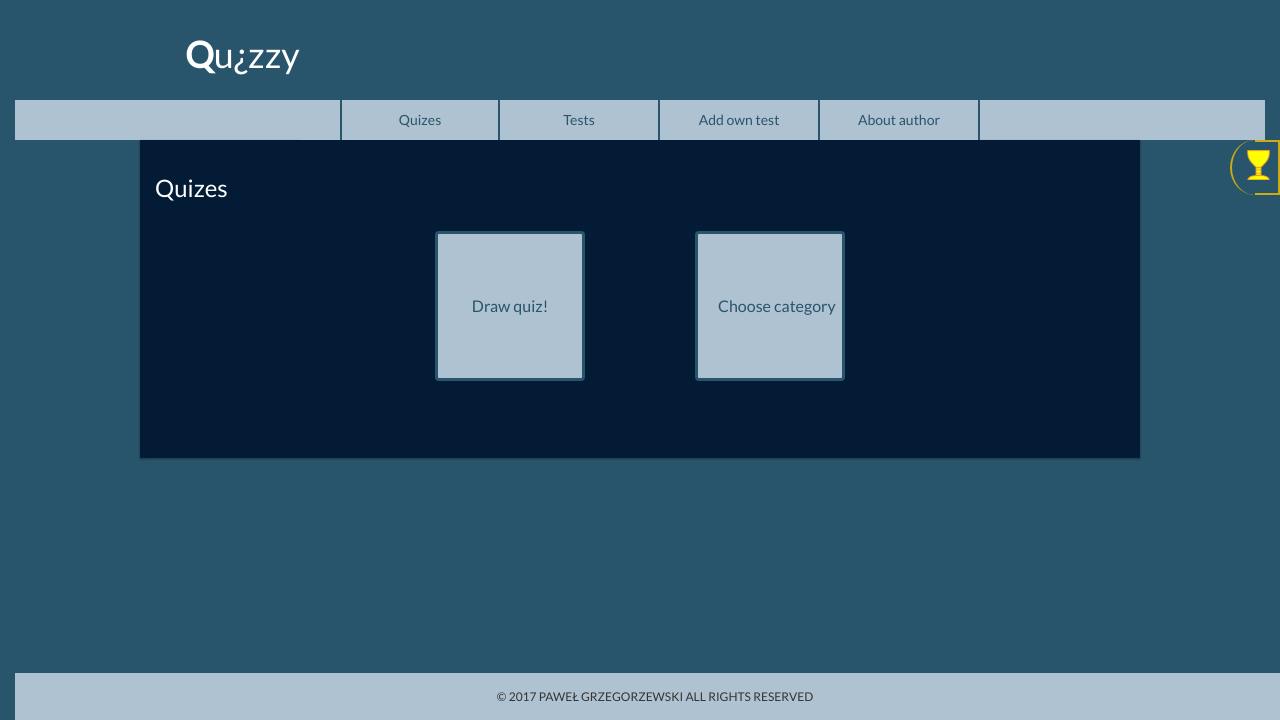
Repository: pgrzegorzewski/quiz
Page: http://localhost/app/quiz.php
An editor plug-in stored every save of this project. The page is shown before and after the next save, followed by the edit.
The browser window is 1280 px wide. The pictures show the whole page.
Some web libraries are served in a nearby version. The page is run by PHP 8.4 with error messages shown; the project is at /var/www/html/.

Above is the page before, as saved 2017-04-22 14:12:14.

### htdocs/app/learningapp/app/quiz.php
<!DOCTYPE html>
<html>
<head>
	<meta name="viewport" content="width=device-width, initial-scale=1.0">
	<meta http-equiv="content-type" content="text/html; charset=utf-8">
	<meta charset="utf-8">
	<link rel="stylesheet" href="https://maxcdn.bootstrapcdn.com/bootstrap/3.3.7/css/bootstrap.min.css">
	<script src="https://ajax.googleapis.com/ajax/libs/jquery/3.1.1/jquery.min.js"></script>
	<script src="https://maxcdn.bootstrapcdn.com/bootstrap/3.3.7/js/bootstrap.min.js"></script>
	<link href="https://fonts.googleapis.com/css?family=Lato" rel="stylesheet">
	<link rel="StyleSheet" href="../css/index.css" />
	<link rel="StyleSheet" href="../css/question.css" />
	<link rel="StyleSheet" href="../css/quiz.css" />
	<link rel="StyleSheet" href="../css/side_menu_leaderboard.css" />
	<script type="text/javascript" src="../js/question.js"></script>
	<script type="text/javascript" src="../js/entertaining_test.js"></script>
	<script type="text/javascript" src="../js/side_menu_leaderboard.js"></script>
</head>

<body>

<div class="container-fluid">

	<div class= "sidemenu_2">

	</div>
	<div class= "sidemenu">
		<p style="cursor:pointer"><img src = "../resources/img/trophy.png" height = "50px" onmouseover="openLeaderboard()"/></p> <!-- &#9776; -->
	</div>
	<div id = 'leaderboard' class = 'leaderboard' onmouseleave = "closeLeaderboard()" >
		<a href = "javascript:void(0)" class = "closebtn" onclick = "closeLeaderboard()">&times;</a>
		test 1000pts;
	</div>


	<header class ="header">
		<h1 id="title"><a href ="index.php"><b>Q</b>u¿zzy</a></h1>
	</header>

	<div class="nav">
		<ol>
			<li>
				<a href ='#' id = "visited">Quizes</a>
			</li>
			<li>
				<a href ='#'>Tests</a>
				<ul>
					<li><a href="#">Personality</a></li>
					<li><a href="#">Cultural</a></li>
					<li><a href="#">Science</a></li>
					<li><a href="entertaining_test.php">Entertaining</a></li>
				</ul>
			</li>
			<li>
				<a href ='add_test.php'>Add own test</a>
			</li>
			<li>
				<a href ='#'>About author</a>
			</li>
		</ol>
	</div>

	<section class = "section">
		<div id ="welcome_div">
			<h3>Quizes</h3>

		</div>
		<div class = "row">
			<div class="col-sm-12" id="tiles">
				<?php

				echo "
					<table id = \"tile\">
						<tr>
							<td>
								<button name = '1' id = 'quizButton' class = 'category btn' >Draw quiz!</button>
							</td>
							<td style = \"width:50px\">

							</td>
							<td>
								<button name = '2' id = 'quizButton' class = 'category btn'>Choose category</button>
							</td>
						</tr>
					</table>
				";
				?>
				<br/><br/>

			</div>
		</div>
		<div class ="row">
			<div class="col-sm-12">
				<h4 id="test_title" hidden = "true">Let's begin with the</h4>
			</div>
		</div>
		<div id = "test_questions">

		</div>
		<div class ='row'>
				<div class='col-sm-12' id = 'result_div'>
					<h4 id= 'result_text' hidden = 'true'></h4>
				</div>
		</div>

	</section>
	<div class="footer">
		© 2017 PAWEŁ GRZEGORZEWSKI ALL RIGHTS RESERVED
	</div>
</div>




</body>
</html>

### htdocs/app/learningapp/css/index.css

.container-fluid
{
	min-height: 100%;
	background-color:#28546C;
	width:100%;
	font-family: 'Lato', sans-serif;
	margin: 0;
}

h1 > a
{
	text-decoration:none;
	color: white;
}

h1 > a:hover
{
	text-decoration:none;
	color: white;
}

h1 > a:active
{
	text-decoration:none;
	color: white;
}

img{
	padding:10px;
}

#img2{
	padding:3px;
	padding-bottom:12px;
}

html {
    font-family: "Lucida Sans", sans-serif;
    background-color:#28546C;
}

h1, h2, h3 ,h4{
	color: white;
	text-align:ceter;
}

#title{
	margin-left:30px;
}

body
{
	height:100%;
	padding-bottom:60px;
	background-color:#28546C;
	margin:0 !important;

}


.title {
	text-align:center;
}

.buttons_next_prev{
	text-align:center;
}


.header {
	width:80%;
	margin:0 auto;
    background-color: #28546C;
    color: #ffffff;
    padding: 15px;
	text-decoration: none;

}

.menu_header {
	width:80%;
    background-color: #CCCCCC;
    padding: 10px;
    color: white;
    text-align: center;
    font-size: 14px;
    box-shadow: 0 1px 3px rgba(0,0,0,0.12), 0 1px 2px rgba(0,0,0,0.24);
	width:auto;
}


.section{

	width: 80%;
	margin:0 auto;
	background-color: #031B35;
    padding: 15px;
    color: white;
    text-align: justify;
    font-size: 14px;
    box-shadow: 0 1px 3px rgba(0,0,0,0.12), 0 1px 2px rgba(0,0,0,0.24);
}

td
{
	padding-right:12px;
}


.canvas{

	 width: 500px;
	 height: 300px;
	 color: #FFFFFF;
}

.nav {
	width:100%;
	background-color:#AFC2D1;
	text-align: center;

}

.nav ol
{
	margin:0;
	background-color:#AFC2D1;
	list-style:none;
	line-height: 200%;
	display:inline-block;
	vertical-align:middle;
	height:40px;
	width:680px;
}


ol a
{
	color: #28546C;
	text-decoration:none;
	display:block;
	height:40px;
	padding:6px;
	vertical-align: middle;
	text-align: center;
	z-index:200;
}

ol > li
{
	list-style:none;
	width: 160px;
	color: #28546C;
	background-color:#AFC2D1;
	border-right:2px solid #28546C;
	float:left;
	display: table-cell;

}

ol > li:hover
{
	background-color:#C56A00;

}

ol > li a:hover
{
	color:white;
	border: 1px solid white;
}

ol > li:hover > ul
{
	display:block;
}

ol > li:hover > a
{
	color:white;
	border: 1px solid white;
}


ol > li:first-child
{
	border-left:2px solid #28546C;
}

ol > li > ul
{
	display: none;
	position: relative;
	z-index: auto;
	list-style-type: none;
	padding:0;
	margin:0 auto;
}

ol > li > ul > li
{
	border-top: 2px solid #28546C;
	background-color: #AFC2D1;

}

ol > li > ul > li > a
{
	width: 160px;
}

ol > li > ul > li:hover
{
	background-color:#C56A00;
}

ol > li > ul > li > a:hover
{
	color:white;
	border: 1px solid white;
}

.section a:link, a:visited {

    background-color: #CCCCCC;
	padding: 3px;
	width: 50px;
    text-decoration: none;
}


.section a:hover, a:active {
    background-color: #999999;
	color: white;
}

.footer {
    background-color: #AFC2D1;
    font-size: 12px;
    padding: 15px;
    bottom: 0;
    position : fixed;
    width: 100%;
    text-align:center;

}

.submenu{
	display:none;
}



@media only screen and (min-width: 768px) and (max-width: 922px) {
    .col-m-1 {width: 8.33%;}
    .col-m-2 {width: 16.66%;}
    .col-m-3 {width: 25%;}
    .col-m-4 {width: 33.33%;}
    .col-m-5 {width: 41.66%;}
    .col-m-6 {width: 50%;}
    .col-m-7 {width: 58.33%;}
    .col-m-8 {width: 66.66%;}
    .col-m-9 {width: 75%;}
    .col-m-10 {width: 83.33%;}
    .col-m-11 {width: 91.66%;}
    .col-m-12 {width: 100%;}
}

@media only screen and (min-width: 922px) and (max-width: 1200px) {
    .col-1 {width: 8.33%;}
    .col-2 {width: 16.66%;}
    .col-3 {width: 25%;}
    .col-4 {width: 33.33%;}
    .col-5 {width: 41.66%;}
    .col-6 {width: 50%;}
    .col-7 {width: 58.33%;}
    .col-8 {width: 66.66%;}
    .col-9 {width: 75%;}
    .col-10 {width: 83.33%;}
    .col-11 {width: 91.66%;}
    .col-12 {width: 100%;}
}

@media only screen and (min-width: 1200px){
    .col-1 {width: 8.33%;}
    .col-2 {width: 16.66%;}
    .col-3 {width: 25%;}
    .col-4 {width: 33.33%;}
    .col-5 {width: 41.66%;}
    .col-6 {width: 50%;}
    .col-7 {width: 58.33%;}
    .col-8 {width: 66.66%;}
    .col-9 {width: 75%;}
    .col-10 {width: 83.33%;}
    .col-11 {width: 91.66%;}
    .col-12 {width: 100%;}
}

### htdocs/app/learningapp/css/question.css
#question
{
	text-align: center;

}


#question button{
	min-width: 50px;
	text-align: center;
}

#question th{
	min-width: 50px;
	text-align: center;
}

td, th > #question{
	min-width: 90px;
	padding:10px;
	text-align: center;
}

### htdocs/app/learningapp/css/quiz.css
#quizButton
{
	padding:20px;
}


#tiles
{
	padding:10px;
	z-index:50;
	position:relative;
}

#tile
{
	text-align:center;
	margin-left:auto;
	margin-right:auto;

}

button .clicked
{
	background-color:#6ac65b;
}

#tile  tr  td
{
	width: 150px;
	height: 150px;
}

#tile  tr  td > button
{
	background-color:#AFC2D1;
	color:#28546C;
	width: 150px;
	height: 150px;
	border: 3px solid #28546C;
	font-size:16px;
	z-index:50;
}

#tile  tr  td >button:hover
{
	background-color:#CAAB15;
	color:white;
	width: 150px;
	height: 150px;
	border: 3px solid #28546C;
}

### htdocs/app/learningapp/css/side_menu_leaderboard.css
.leaderboard
{
	height:40%;
	width:0;
	position: fixed;
	z-index: 250;
	top: 140px;
	right: 0;
	border:0px solid #CAAB15;
	background-color:#AFC2D1;
	overflow-x: hidden;
	transition: 0.5s;
	padding-top: 60px;
	hidden:true;
	text-align:center;
}

.leaderboard .closebtn{
	position: absolute;
	top: 0;
	right:5px;
	font-size: 25px;
	margin-right: 0px;
}

.sidemenu
{
	height:55px;
	width:50px;
	border-radius:100%;
	border-left:2px solid #CAAB15;
	position: fixed;
	z-index: 200;
	top: 140px;
	right: 0;
	font-size:20px;
	text-align:center;
}

.sidemenu_2
{
	height:55px;
	width:25px;
	position: fixed;
	z-index: 150;
	top: 140px;
	right: 0;
	border-bottom:2px solid #CAAB15;
	border-top:2px solid #CAAB15;
	border-right:2px solid #CAAB15;
}

### htdocs/app/learningapp/js/question.js

function checkAnswear(button)
{
	if($(button).attr("id") == '1')
		alert("You won");
	else
		alert("nope");
}

### htdocs/app/learningapp/js/side_menu_leaderboard.js
function openLeaderboard()
{
	document.getElementById("leaderboard").style.width = "250px";
	document.getElementById("leaderboard").style.border = "2px solid #CAAB15";

}

function closeLeaderboard()
{
	document.getElementById("leaderboard").style.width = "0px";
	document.getElementById("leaderboard").style.border = "0px solid #CAAB15";
}

Loaded but not shown: htdocs/app/learningapp/js/entertaining_test.js (no copy from this time; the picture is the same without it)

After the next save:
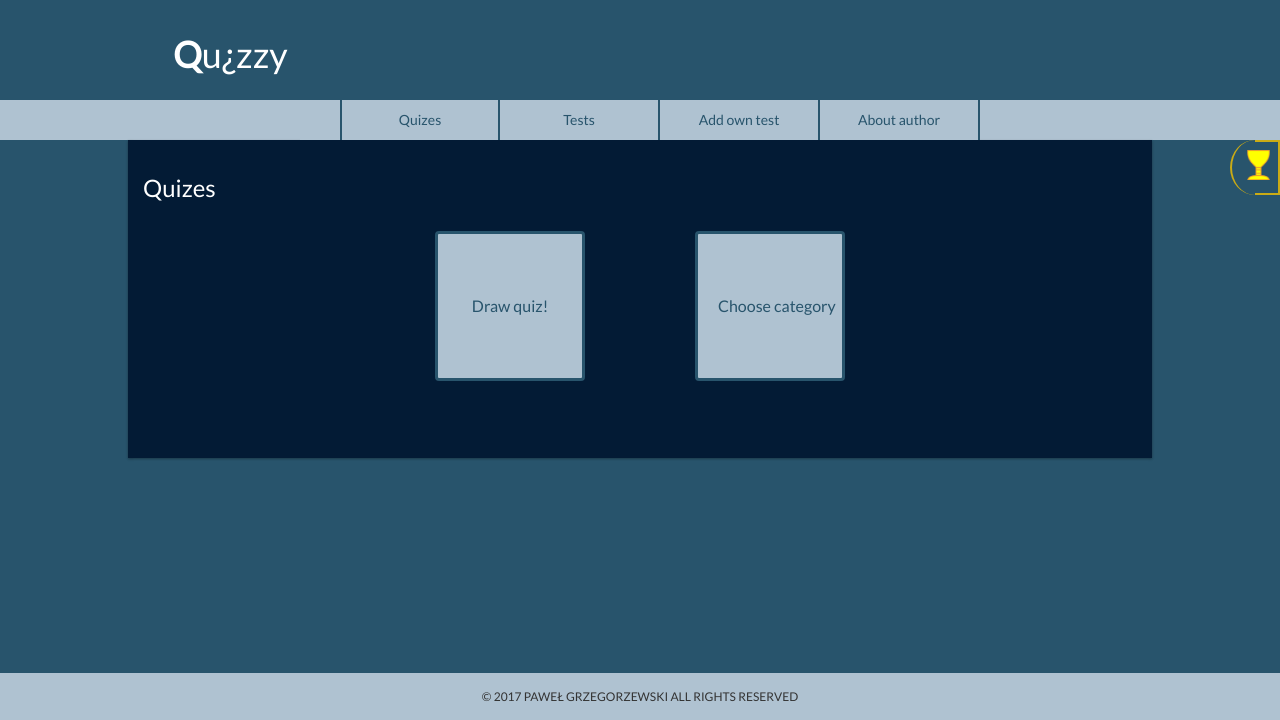
Saved 41 s later.
--- a/htdocs/app/learningapp/css/index.css
+++ b/htdocs/app/learningapp/css/index.css
@@ -6,6 +6,7 @@
 	width:100%;
 	font-family: 'Lato', sans-serif;
 	margin: 0;
+	padding:0;
 }
 
 h1 > a
